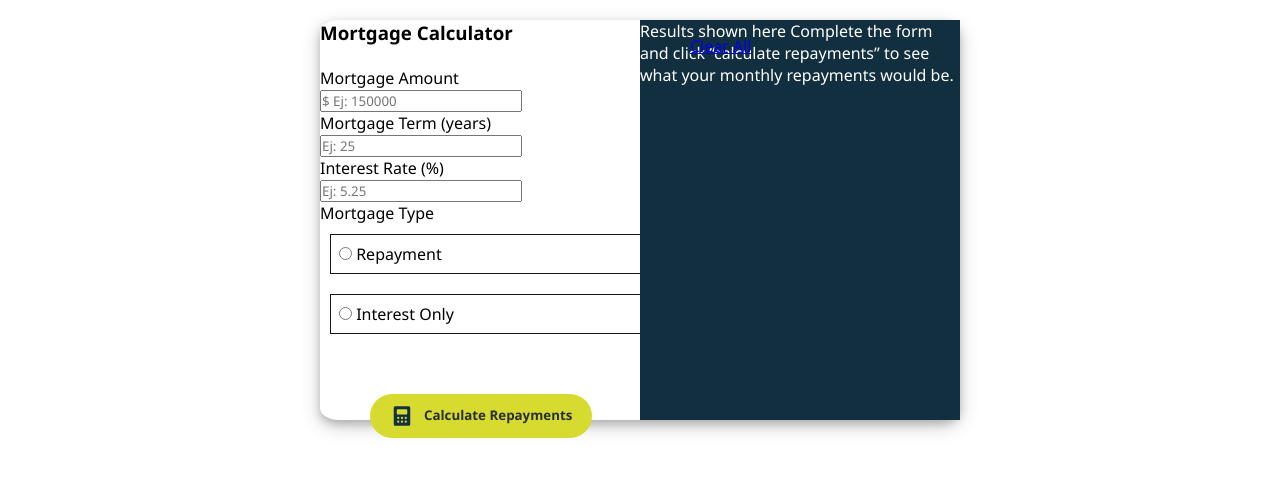
Repository: GravielPV/Mortgage-repayment-calculator
Page: index.html
These files come from the project's save history. The page is drawn as it stood at one moment and after a run of saves; the edit follows.
The browser window is 1280 px wide. The pictures show the whole page.

Above is the page before, as saved 2025-12-11 17:26:08.

After the next 3 saves:
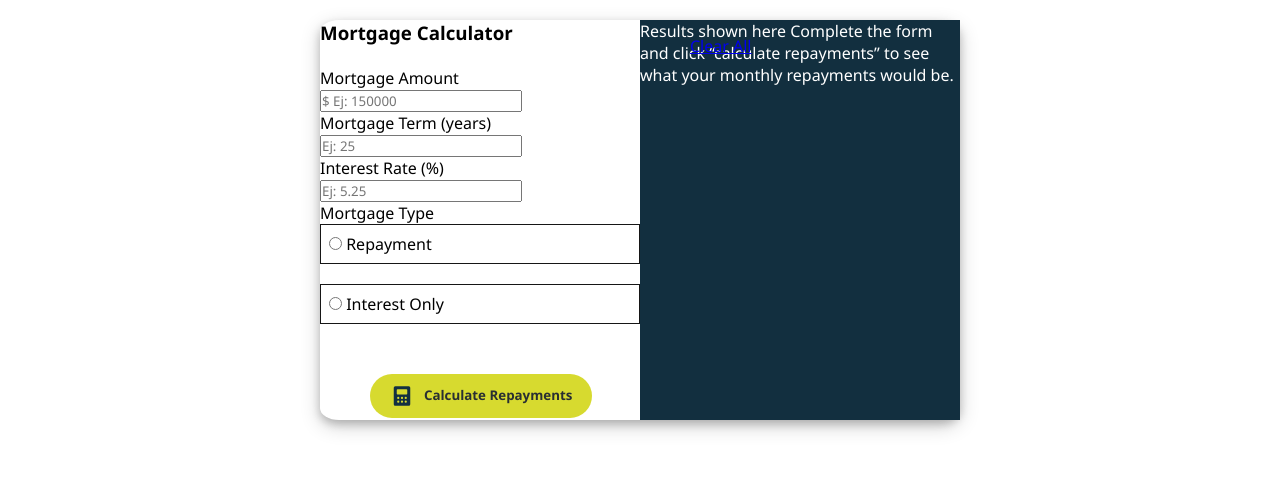
The 3 saves are shown as one change because they came seconds apart.
The last was saved 11 s later.
--- a/styles.css
+++ b/styles.css
@@ -70,7 +70,7 @@ a{
         border: 1px solid rgb(22, 22, 22);
         padding: 8px;
         width: 320px;
-        margin: 10px;
+        justify-content: center;
     }
     .arriba{
         margin-bottom: 20px;
